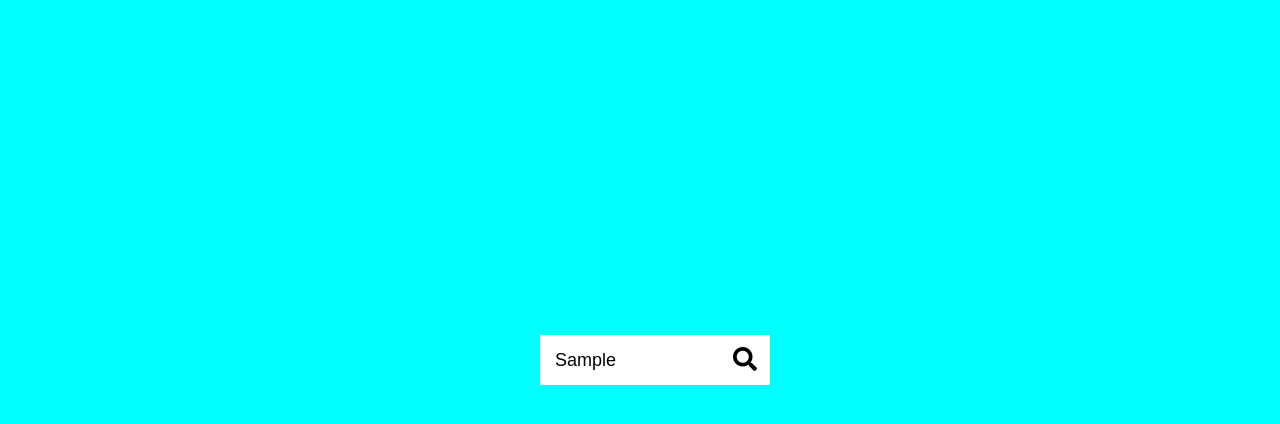
Repository: MMXiaohang/50projects50days-copy
Page: 4-hidden-search/1-index.html
The author's editor kept a copy of each file at every save. The page is drawn from the files as they stood at one save, then again after the next save.
The browser window is 1280 px wide. The pictures show the whole page.
Empty fields were first filled with sample values (such as "Sample", 5 or name@example.com).
After loading, the first visible `button.btn` was clicked once.
Some web libraries are served in a nearby version.

Above is the page before, as saved 2022-06-14 11:51:37.

### 4-hidden-search/1-index.html
<!DOCTYPE html>
<html lang="en">
<head>
    <meta charset="UTF-8">
    <meta http-equiv="X-UA-Compatible" content="IE=edge">
    <meta name="viewport" content="width=device-width, initial-scale=1.0">
    <link rel="stylesheet" href="https://cdnjs.cloudflare.com/ajax/libs/font-awesome/5.14.0/css/all.min.css" integrity="sha512-1PKOgIY59xJ8Co8+NE6FZ+LOAZKjy+KY8iq0G4B3CyeY6wYHN3yt9PW0XpSriVlkMXe40PTKnXrLnZ9+fkDaog==" crossorigin="anonymous" />
    <link rel="stylesheet" href="1-style.css">
    <title>Hidden Search</title>
</head>
<body>
    <div class="search">
        <input type="text" class="input" placeholder="Search...">
        <button class="btn">
            <i class="fas fa-search"></i>
        </button>
    </div>
    <script src="1-script.js"></script>
</body>
</html>

### 4-hidden-search/1-style.css
@import url('https://fonts.googleapis.com/css2?family=Roboto:wght@400;700&display=swap');

* {
    box-sizing: border-box;
}

body {
    background-color: aqua;
    font-family: 'Roboto', sans-serif;
    display: flex;
    justify-content: center;
    align-items: center;
    height: 100vh;
    overflow: hidden;
    margin: 0;
}

.search {
    position: relative;
    height: 50px;
}

.search .input{
    background-color: #fff;
    border: 0;
    font-size: 18px;
    padding: 15px;
    height: 50px;
    width: 50px;
    transition: width 0.4s ease;
}

.btn{
    background-color: #fff;
    border: 0;
    cursor: pointer;
    font-size: 24px;
    position: absolute;
    top: 0;
    left: 0;
    height: 50px;
    width: 50px;
    transition: transform 0.4s ease;
}

.btn:focus,
.input:focus{
    outline: none;
}

.search.active .input {
    width: 200px;
}

.search.active .btn {
    transform: translateX(180px);
}

Loaded but not shown: 4-hidden-search/1-script.js (common file)

After the next save:
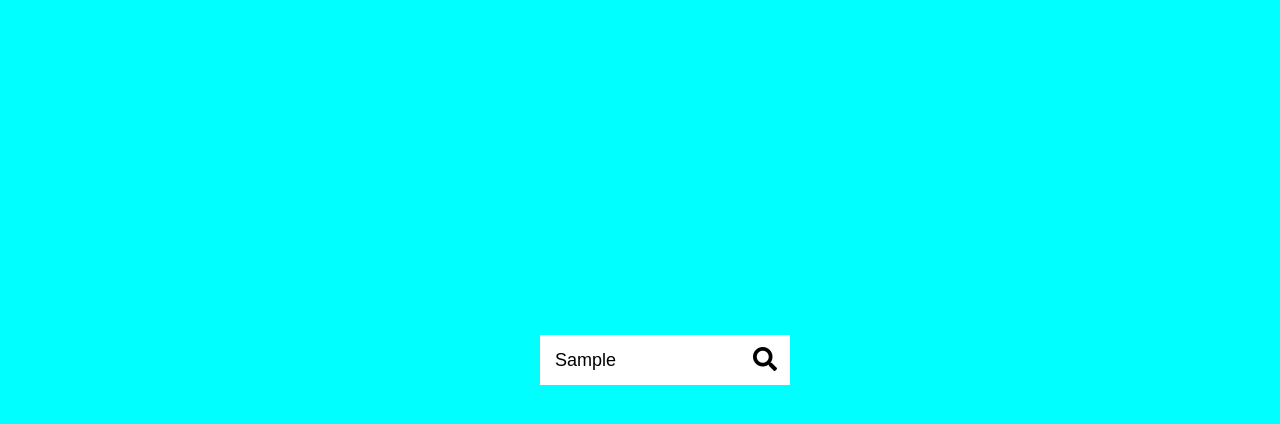
Saved 45 s later.
--- a/4-hidden-search/1-style.css
+++ b/4-hidden-search/1-style.css
@@ -53,5 +53,5 @@
 }
 
 .search.active .btn {
-    transform: translateX(180px);
+    transform: translateX(200px);
 }
